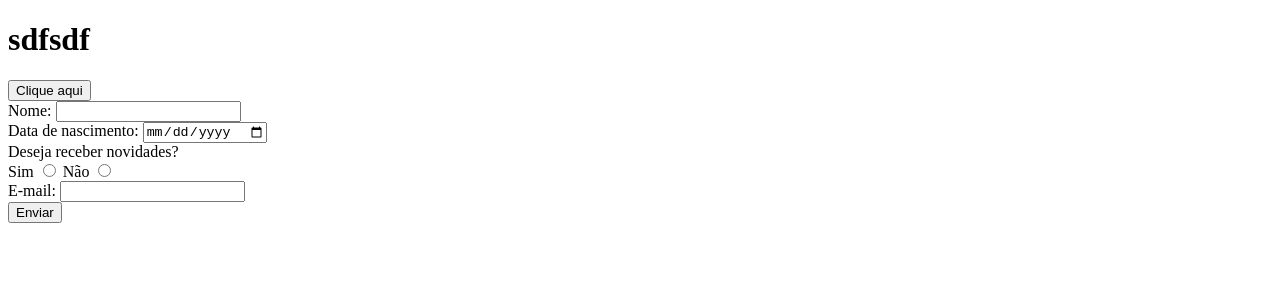
Repository: shamanickCoder/FIAP
Page: Desenvolvimentos de Sistemas Web/1 semestre/Javascript/17-jquery/WebContent/index.html
These files come from the project's save history. The page is drawn as it stood at one moment and after the next save; the edit follows.
The browser window is 1280 px wide. The pictures show the whole page.

Above is the page before, as saved 2016-05-18 11:51:00.

After the next save:
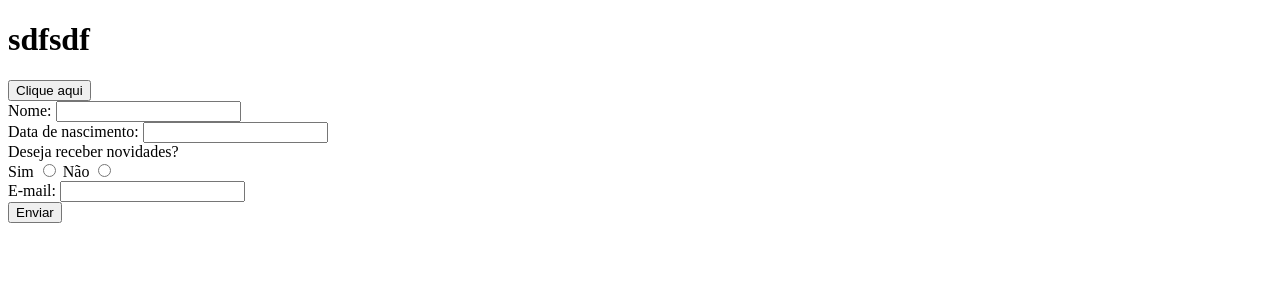
Saved 35 s later.
--- a/Desenvolvimentos de Sistemas Web/1 semestre/Javascript/17-jquery/WebContent/index.html
+++ b/Desenvolvimentos de Sistemas Web/1 semestre/Javascript/17-jquery/WebContent/index.html
@@ -17,7 +17,7 @@
    </div>
    <div>
     <label for = "data">Data de nascimento:</label>
-    <input type = "date" id = "data">
+    <input type = "text" id = "data">
    </div>
    <div>
     <span>Deseja receber novidades?</span>
